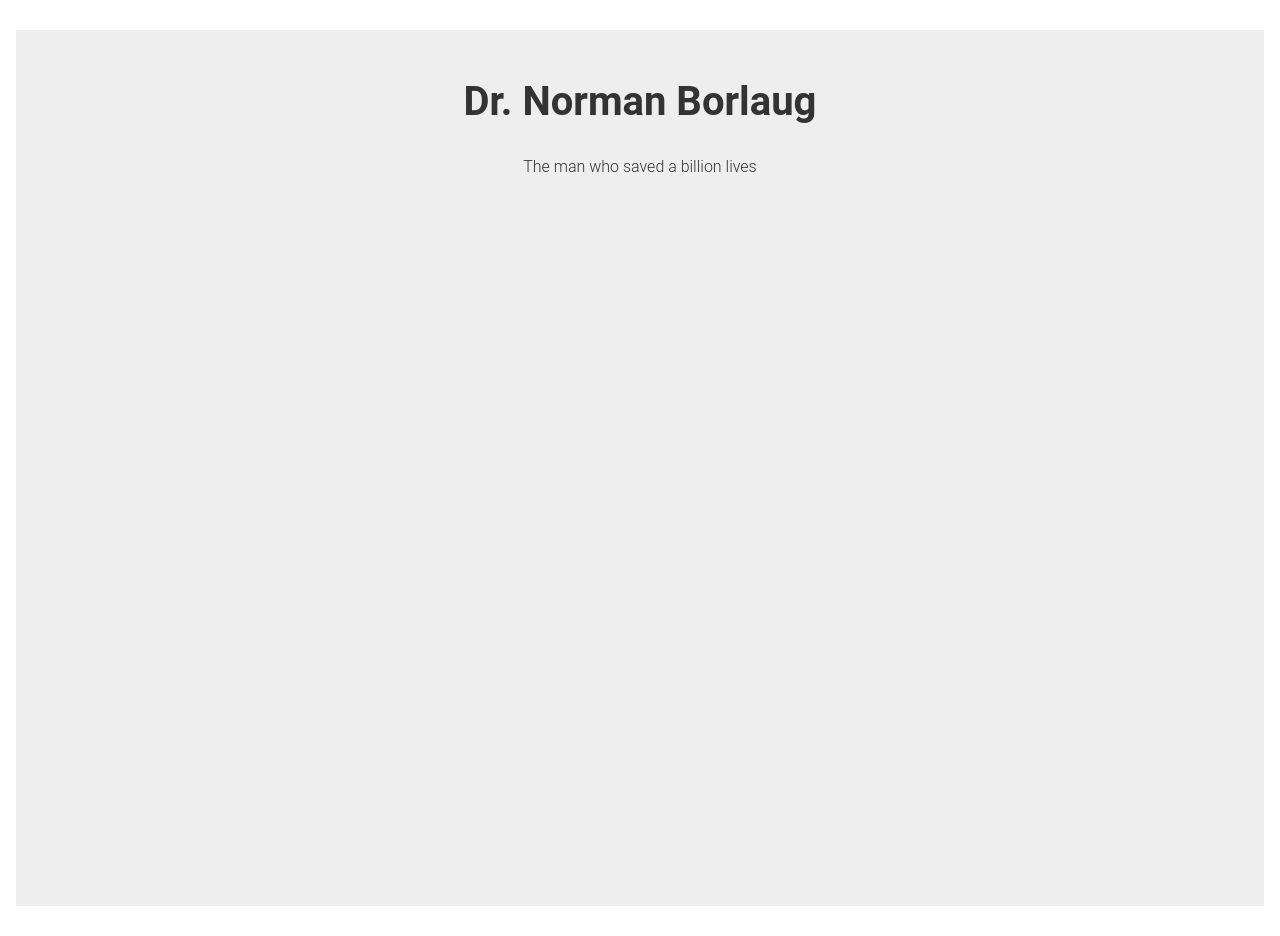
Repository: HTDuy01/github-demo
Page: freecodecamp/index.html
These files come from the project's save history. The page is drawn as it stood at one moment and after the next save; the edit follows.
The browser window is 1280 px wide. The pictures show the whole page.

Above is the page before, as saved 2021-11-17 20:11:21.

### freecodecamp/index.html
<!DOCTYPE html>
<html lang="en">
<head>
    <meta charset="UTF-8">
    <meta http-equiv="X-UA-Compatible" content="IE=edge">
    <meta name="viewport" content="width=device-width, initial-scale=1.0">
    <title>Document</title>
    <link rel="stylesheet" href="/assets/css/style.css">
    <link rel="stylesheet" href="/assets/css/base.css">
</head>
<body>
    <div class="main">
        <header id="title">
            <h1 class="heading">Dr. Norman Borlaug</h1>
            <p class="sub-heading">The man who saved a billion lives</p>
        </header>

        <div id="img-div">

        </div>

        <div class="content">

        </div>

        <footer class="footer">

        </footer>
    </div>
</body>
</html>

### freecodecamp/assets/css/style.css
.main {
    background-color: #eee;
    margin: 30px 8px;
    padding: 15px;
}

/* header */
#title {
    text-align: center;
}

.heading {
    color: var(--color-header);
    font-size: 4rem;
    font-weight: 600;
    margin-top: 27px;
    line-height: 60px;
}

.sub-heading {
    font-size: 1.6rem;
    color: var(--color-header);
    font-weight: 300;
}

/* Bener */
#img-div {
    height: 700px;
    border-color: #fff;
    margin: 0 15px;
}

### freecodecamp/assets/css/base.css

* {
    box-sizing: inherit;
}

html {
    font-size: 62.5%;
    line-height: 1.6rem;
    font-family: 'Roboto', sans-serif;
    box-sizing: border-box;
}

:root {
    --color-header:#333;
}

After the next save:
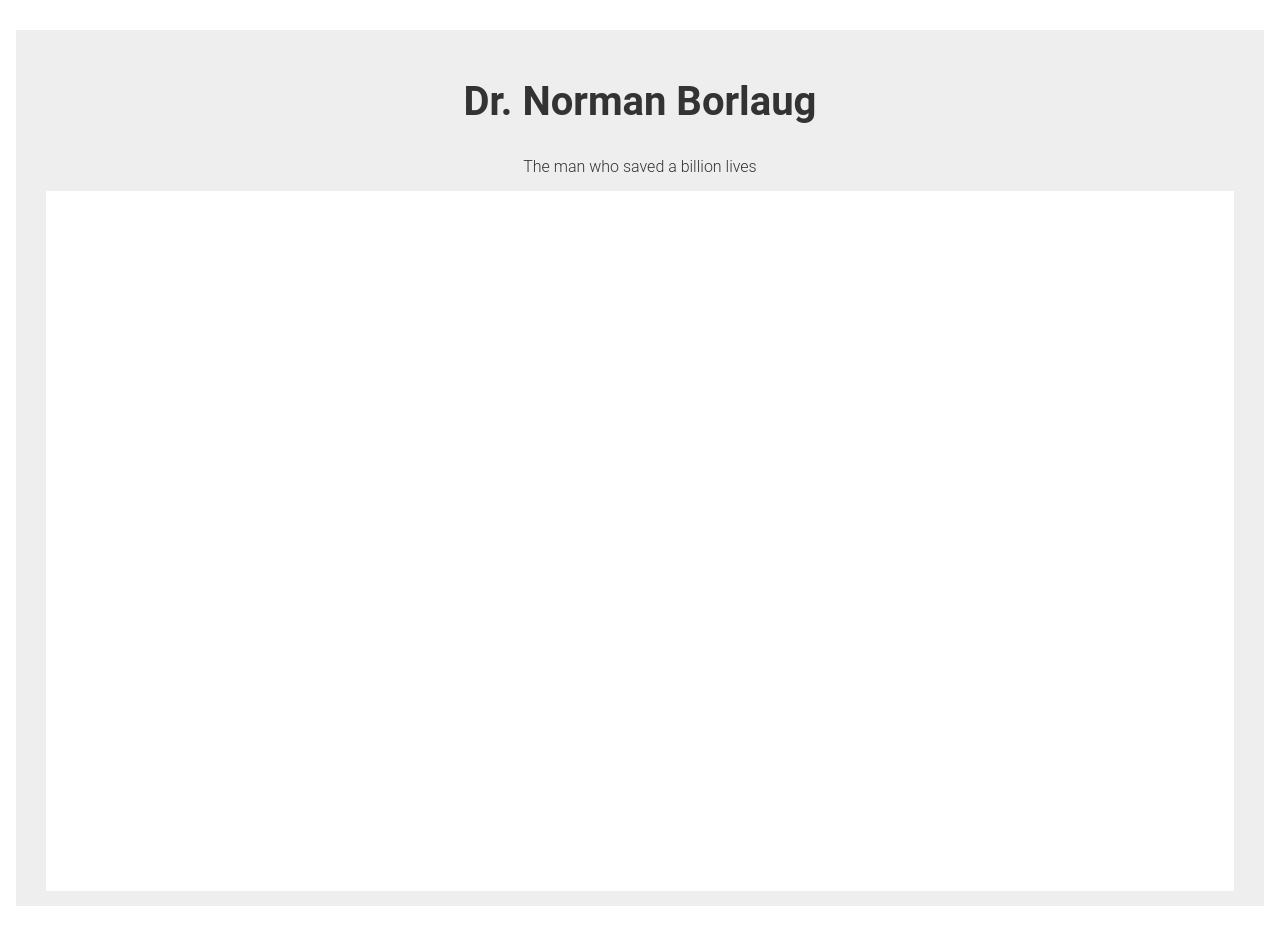
Saved 10 s later.
--- a/freecodecamp/assets/css/style.css
+++ b/freecodecamp/assets/css/style.css
@@ -26,6 +26,6 @@
 /* Bener */
 #img-div {
     height: 700px;
-    border-color: #fff;
+    background-color: #fff;
     margin: 0 15px;
 }
